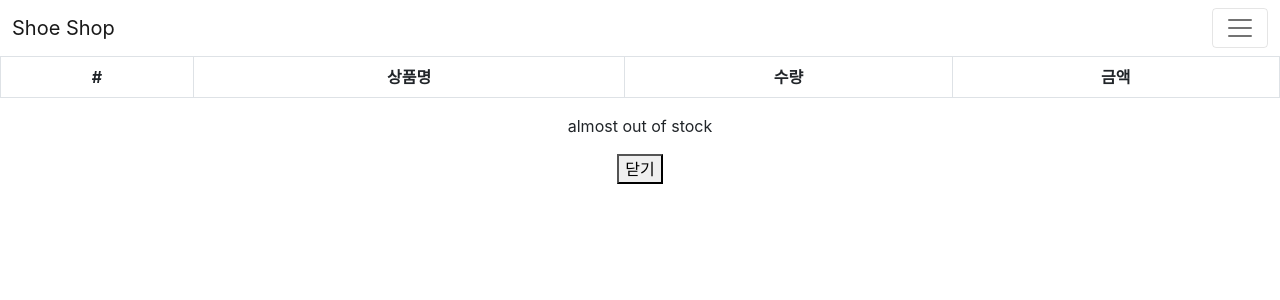
Repository: yangddoddi/shoe-store-pwa
Page: /#/cart
The author's editor kept a copy of each file at every save. The page is drawn from the files as they stood at one save, then again after a run of saves.
The browser window is 1280 px wide. The pictures show the whole page.
The project was rebuilt for these pictures with package versions that can differ from the ones it lists, and the page was loaded fresh each time.

Above is the page before, as saved 2022-04-09 19:01:40.

After the next 2 saves:
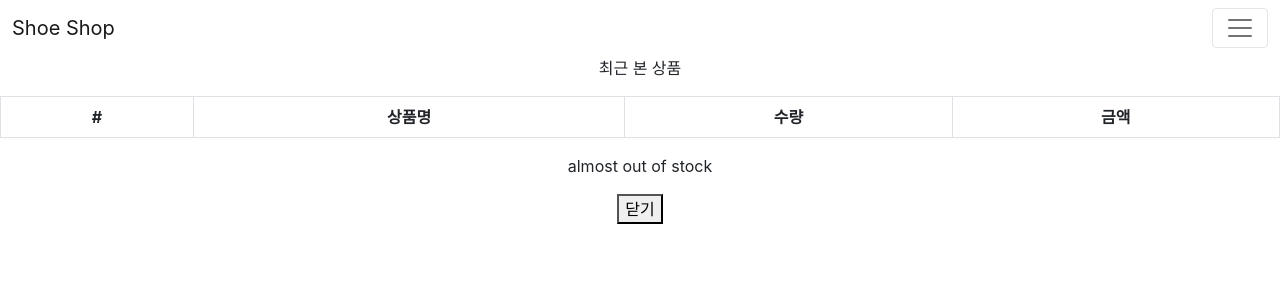
The 2 saves are shown as one change because 1 did not build or start.
The last was saved 4 min 29 s later.
--- a/src/App.js
+++ b/src/App.js
@@ -46,6 +46,7 @@ function App() {
   return (
     <div className="App">
       <NewNavbar />
+      <Sidebar />
       <Switch>
         <Route exact path="/">
           <Jumbotron />
@@ -190,11 +191,21 @@ function LoadingSpinner() {
   );
 }
 
-function Sidebar() {
+function Sidebar(props) {
   return (
     <aside className="sidebar">
       <p>최근 본 상품</p>
-      {recentlyViewedProduct ? <div></div> : null}
+      {recentlyViewedProduct
+        ? recentlyViewedProduct.forEach((e) => {
+            return (
+              <img
+                src={`https://codingapple1.github.io/shop/shoes${
+                  props.product.id + 1
+                }.jpg`}
+              />
+            );
+          })
+        : null}
     </aside>
   );
 }
